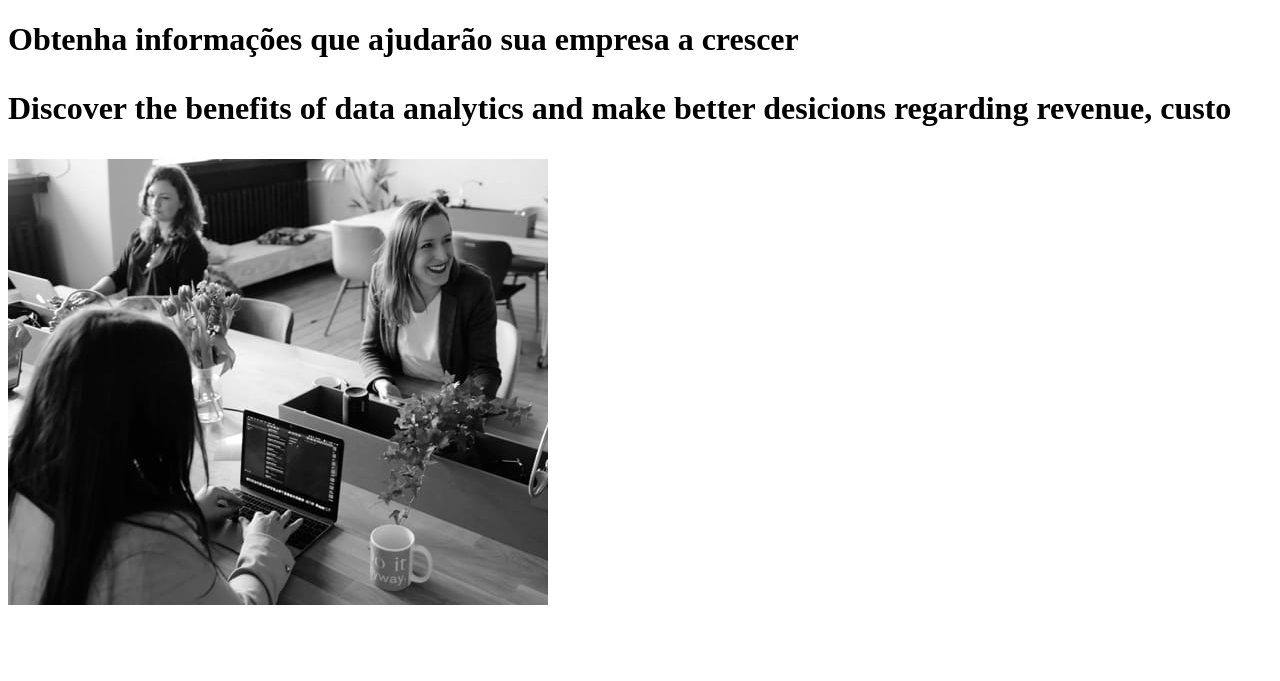
Repository: caique2512/componentes-de-estatisticas
Page: index.html
An editor plug-in stored every save of this project. The page is shown before and after a run of saves, followed by the edit.
The browser window is 1280 px wide. The pictures show the whole page.

Above is the page before, as saved 2026-03-03 16:45:45.

### index.html
<!DOCTYPE html>
<html lang="pt-br">
<head>
    <meta charset="UTF-8">
    <meta name="viewport" content="width=device-width, initial-scale=1.0">
    <title>Estatisticas</title>
</head>
<body>
    <main class="conteudo">
        <div class="conteudo-principal">
            <h1>Obtenha informações que ajudarão sua empresa a crescer<h1>
            <p>Discover the benefits of data analytics and make better desicions regarding revenue, custo</p>
        </div>
        <picture class="img">
            <img src="./images/image-header-desktop.jpg" alt="Mulheres no escritório">
        </picture>
    </main>
</body>
</html>

After the next 2 saves:
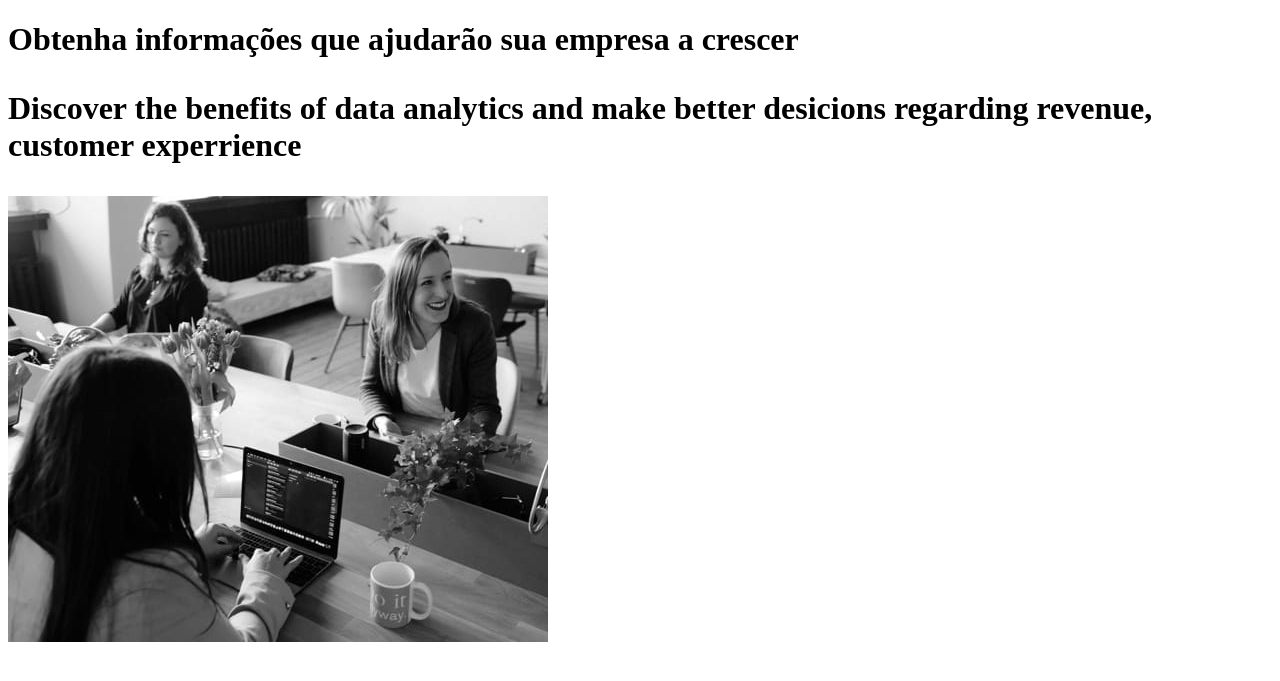
The 2 saves are shown as one change because they came seconds apart.
The last was saved 7 s later.
--- a/index.html
+++ b/index.html
@@ -9,7 +9,7 @@
     <main class="conteudo">
         <div class="conteudo-principal">
             <h1>Obtenha informações que ajudarão sua empresa a crescer<h1>
-            <p>Discover the benefits of data analytics and make better desicions regarding revenue, custo</p>
+            <p>Discover the benefits of data analytics and make better desicions regarding revenue, customer experrience</p>
         </div>
         <picture class="img">
             <img src="./images/image-header-desktop.jpg" alt="Mulheres no escritório">
